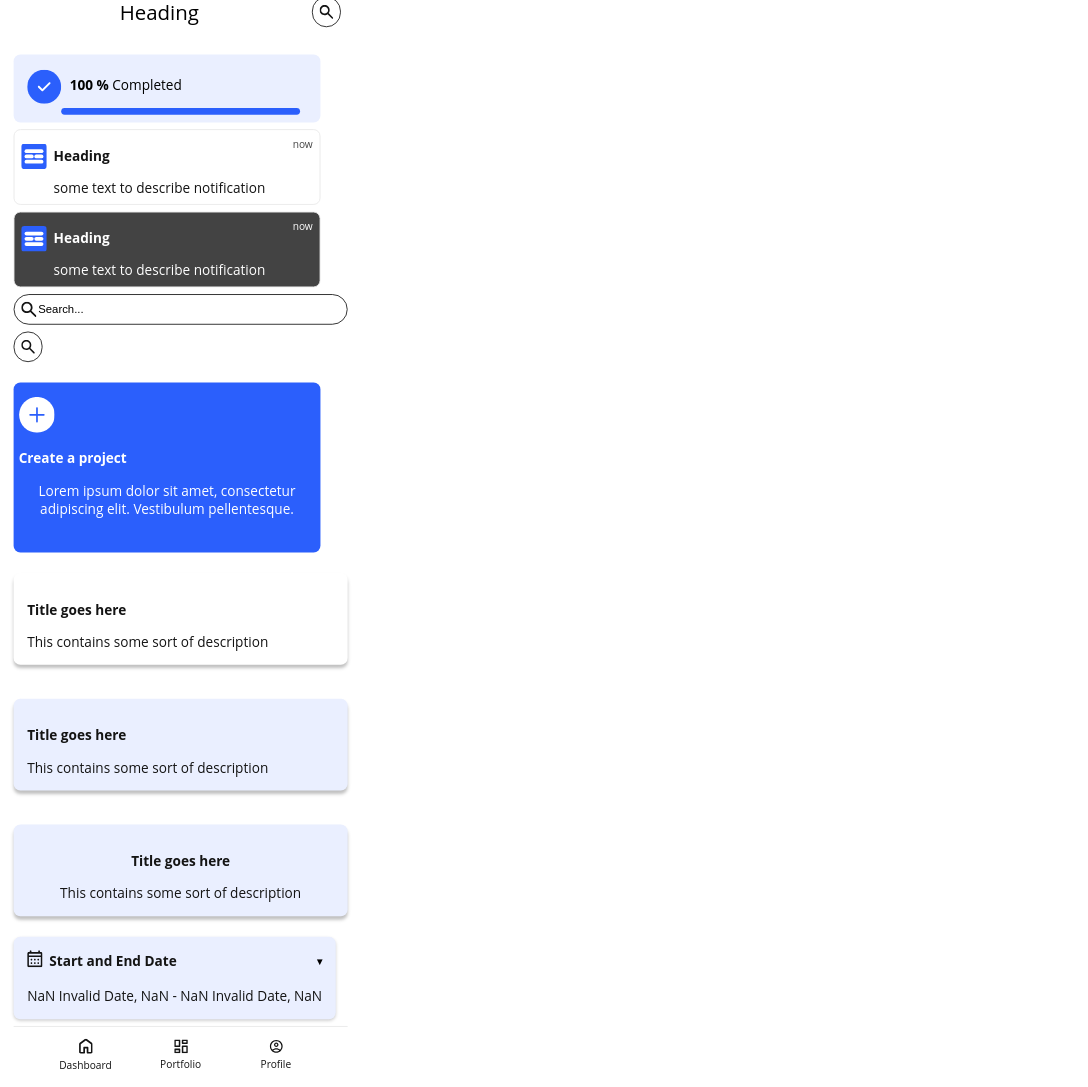
Repository: brunaguarizo/mosaic_app
Page: /
The author's editor kept a copy of each file at every save. The page is drawn from the files as they stood at one save, then again after the next save.
The browser window is 1280 px wide. The pictures show the whole page, at 85% of full size.
The project was rebuilt for these pictures with package versions that can differ from the ones it lists, and the page was loaded fresh each time. The framework's server and built-in components were replaced by stand-ins that run in the browser. Also part of the build but not shown: next.config.mjs, app/_ui/Button/Button.js, app/_ui/Tag/Tag.js, app/_ui/Project_card/Project_card.js, app/_ui/Date_PopUp/Date_PopUp.module.css, app/_ui/Date_PopUp/Date_PopUp.js.

Above is the page before, as saved 2025-04-18 19:54:55.

After the next save:
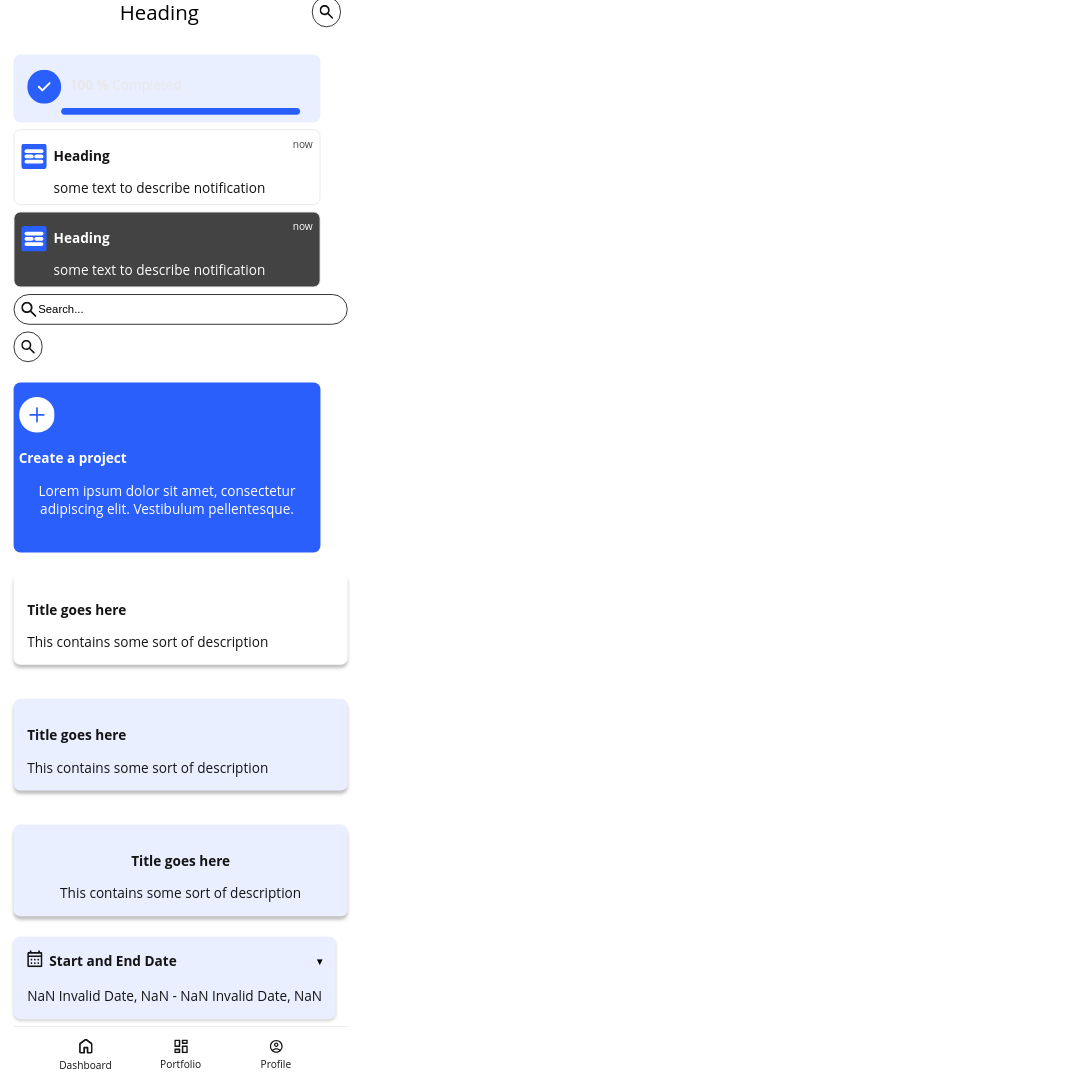
Saved 5 s later.
--- a/app/_ui/Progress_Bar/Progress_Bar.module.css
+++ b/app/_ui/Progress_Bar/Progress_Bar.module.css
@@ -33,7 +33,7 @@
 }
 .bar_text {
     padding-left: 10px;
-    color: var(--grey-5);
+    color: var(--grey-50);
 }
 
 .bar {

After the save that followed:
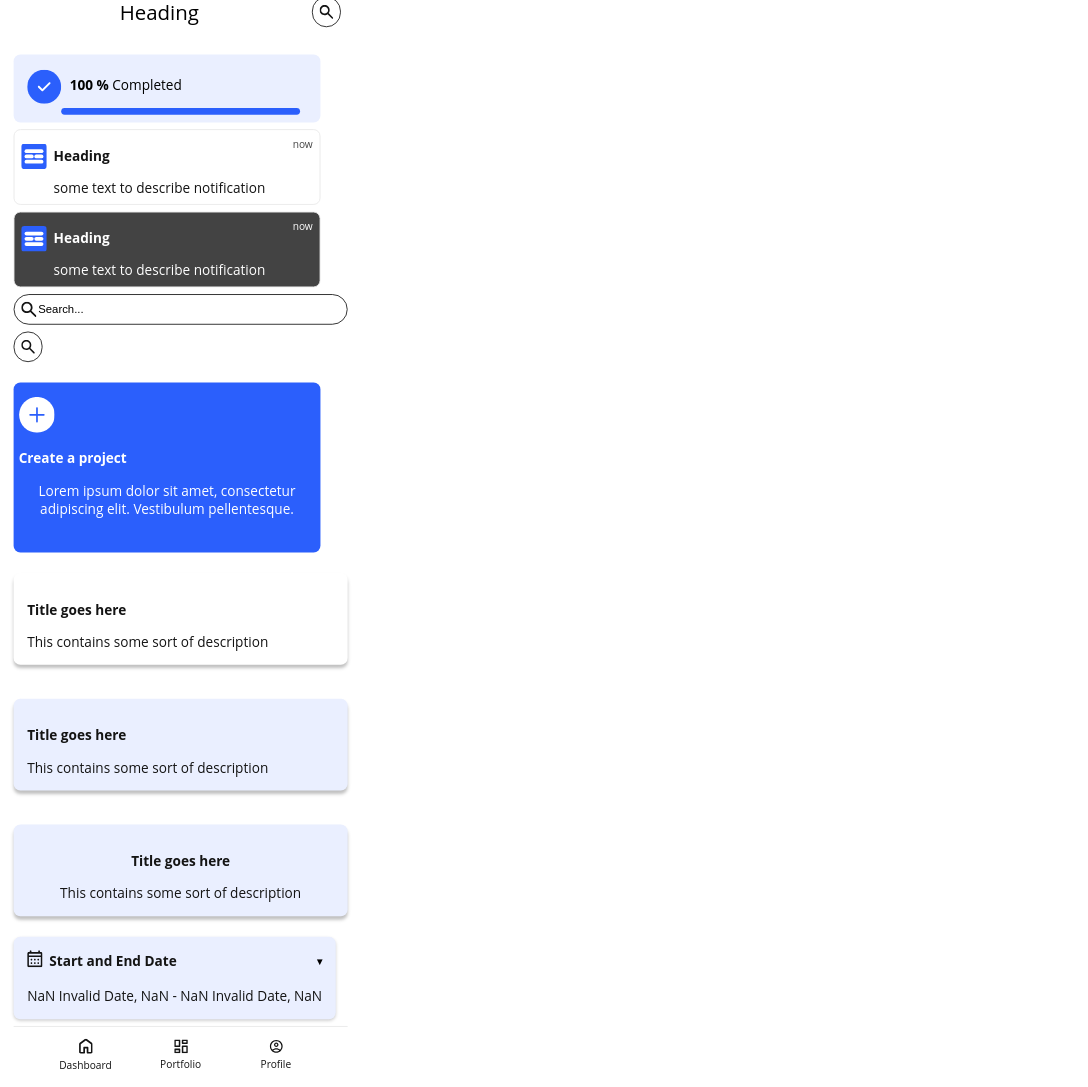
Saved 6 s later.
--- a/app/_ui/Progress_Bar/Progress_Bar.module.css
+++ b/app/_ui/Progress_Bar/Progress_Bar.module.css
@@ -33,7 +33,6 @@
 }
 .bar_text {
     padding-left: 10px;
-    color: var(--grey-50);
 }
 
 .bar {
